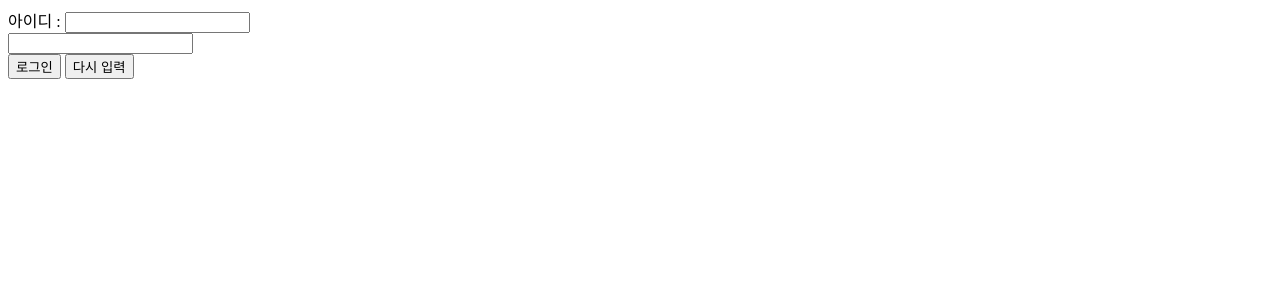
Repository: yesaroun/Web-Shop
Page: pro06/WebContent/login.html
An editor plug-in stored every save of this project. The page is shown before and after the next save, followed by the edit.
The browser window is 1280 px wide. The pictures show the whole page.

Above is the page before, as saved 2022-04-30 09:09:25.

After the next save:
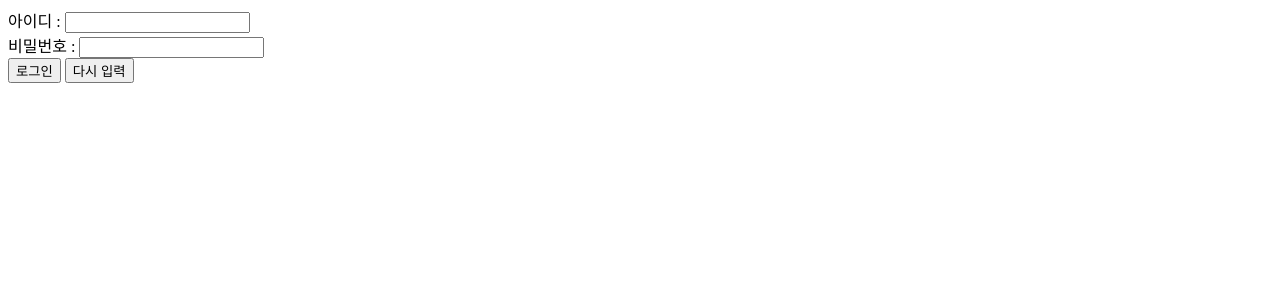
Saved 69 s later.
--- a/pro06/WebContent/login.html
+++ b/pro06/WebContent/login.html
@@ -8,7 +8,7 @@
 	<div>
 		<form name="frmLogin" method="get" action="login" encType="UTF-8">
 			아이디 : <input type="text" name="user_id" /> <br />
-			<input type="text" name="user_pw" /> <br />
+			비밀번호 : <input type="text" name="user_pw" /> <br />
 			<input type="submit" value="로그인"/>
 			<input type="reset" value="다시 입력"/> <br />
 		</form>
